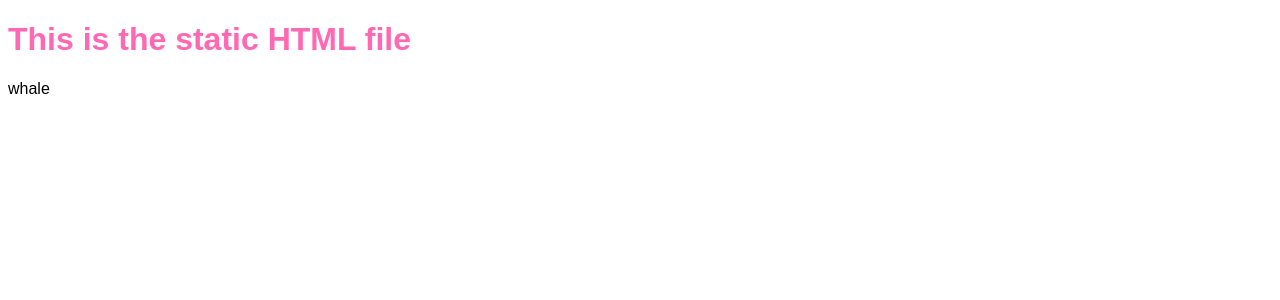
Repository: johnhongannguyen/Middleware-express
Page: http://localhost/view-test
The author's editor kept a record of every edit. The page is drawn from the files as they stood at one moment, then again after the next edit.
The browser window is 1280 px wide. The pictures show the whole page.
The page is served by the project's Node server (app.js).

Above is the page before.

### views/view-test.ejs
<!DOCTYPE html>
<html lang="en">
<head>
    <meta charset="UTF-8">
    <meta name="viewport" content="width=device-width, initial-scale=1.0">
    <meta http-equiv="X-UA-Compatible" content="ie=edge">
    <title>TEST</title>
    <link rel="stylesheet" href="style.css" type="text/css" />

</head>
<body>
    <h1>This is the static HTML file</h1>

    <p>
        <%- animal %>


    </p>
</body>
</html>

### app.js
const express = require("express");
const app = express();

// use name of root folder as parameter
let staticMiddleware = express.static('public');// attach folder name here
app.use(staticMiddleware);

// use the EJS VIEW Engine
app.set('view engine', 'ejs');

app.get('/file-test', (req,res)=>{
    res.sendFile(__dirname + "/public/test.html");
});


app.get('/view-test', (req,res)=>{
    res.render('view-test', {animal:"whale"}); // name of template
});
app.set('port',process.env.PORT || 8080);

const server = app.listen(app.get('port'), ()=> {
    console.log("Server listening on",app.get('port'));
});

### public/style.css
html {
    font-family: sans-serif;
}

h1 {
    color: hotpink;
}

After the next edit:
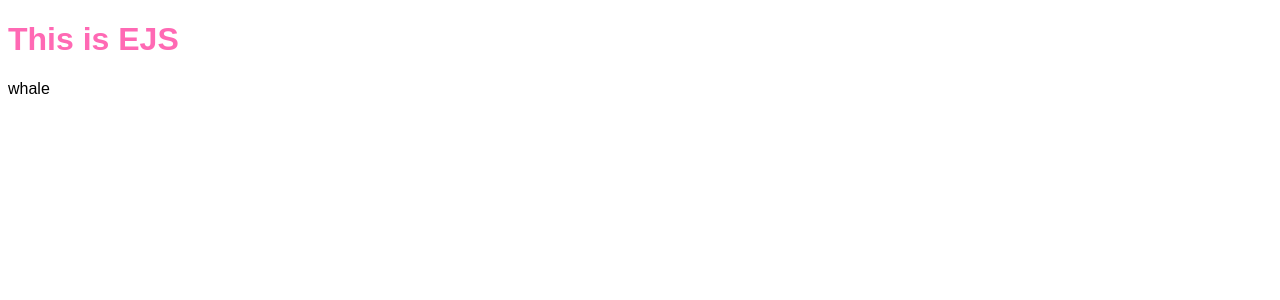
The edit:
--- a/views/view-test.ejs
+++ b/views/view-test.ejs
@@ -9,7 +9,7 @@
 
 </head>
 <body>
-    <h1>This is the static HTML file</h1>
+    <h1>This is EJS</h1>
 
     <p>
         <%- animal %>
